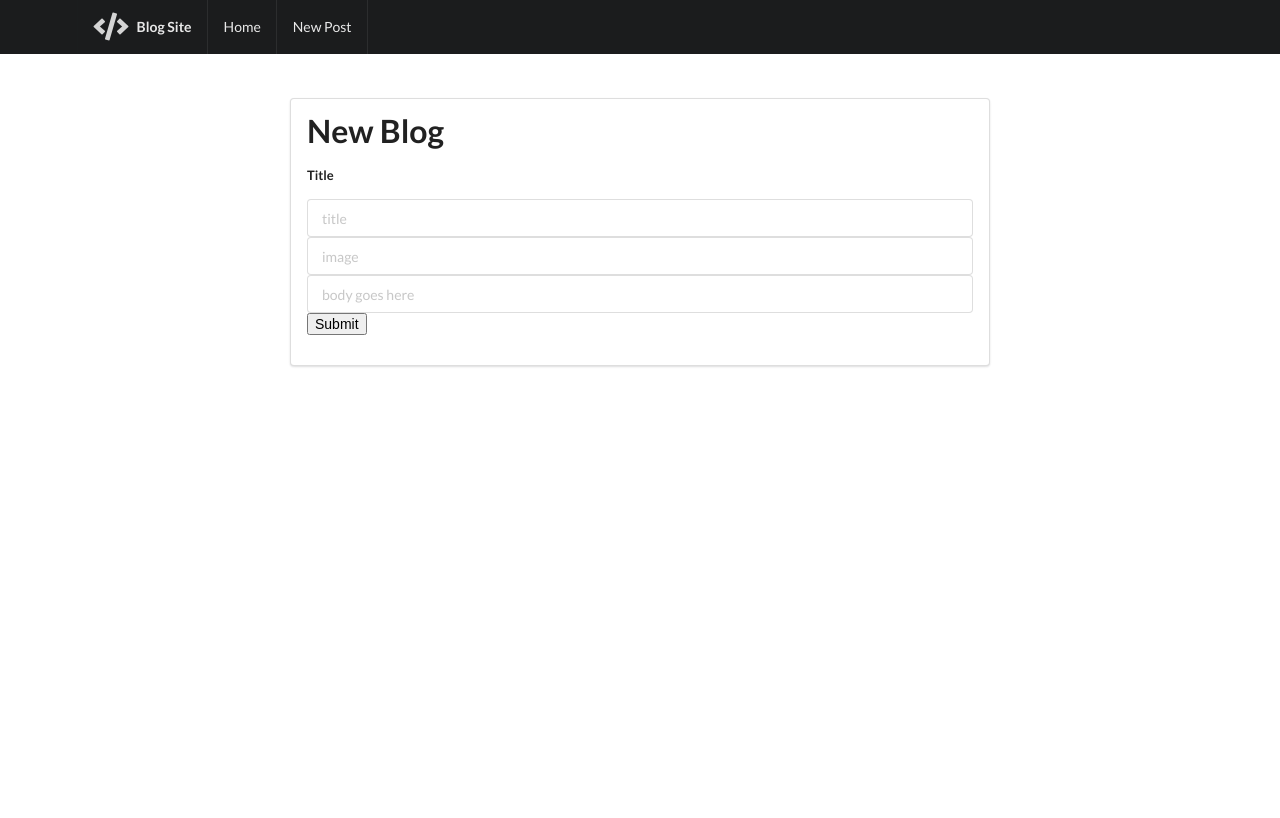
Repository: itsSYBruce/Redfin-Food-Truck
Page: http://localhost/blogs/new
The author's editor kept a record of every edit. The page is drawn from the files as they stood at one moment, then again after the next edit.
The browser window is 1280 px wide. The pictures show the whole page.
Some web libraries are served in a nearby version. The page is served by the project's Node server (RESTful Routing/RESTfulBlogApp/app.js).

Above is the page before.

After the next edit:
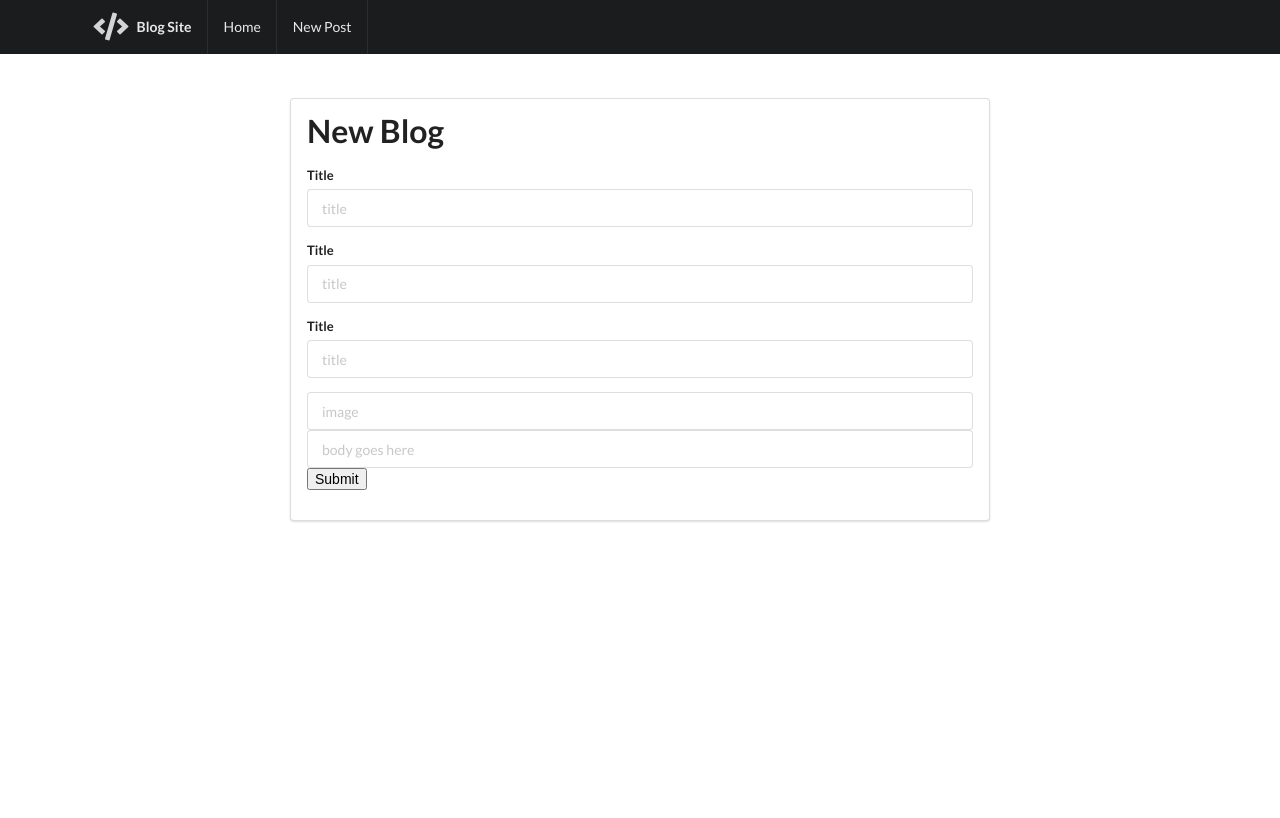
The edit:
--- a/rulev bs4/RESTful Routing/RESTfulBlogApp/views/new.ejs
+++ b/rulev bs4/RESTful Routing/RESTfulBlogApp/views/new.ejs
@@ -8,8 +8,21 @@
             <label>
                 Title
             </label>
+            <input type= "text" name = "blog[title]" placeholder = "title">
         </div>
-        <input type= "text" name = "blog[title]" placeholder = "title">
+                <div class = "field">
+            <label>
+                Title
+            </label>
+            <input type= "text" name = "blog[title]" placeholder = "title">
+        </div>
+                <div class = "field">
+            <label>
+                Title
+            </label>
+            <input type= "text" name = "blog[title]" placeholder = "title">
+        </div>
+
         <input type= "text" name = "blog[image]" placeholder = "image">
         <input type= "text" name = "blog[body]" placeholder = "body goes here">
         <input type= "submit">
